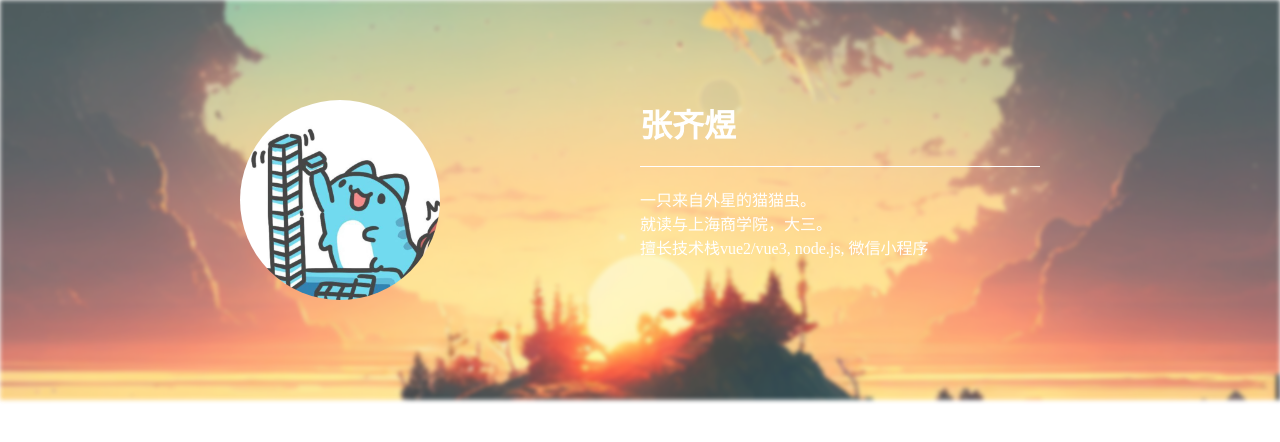
Repository: TheBiggestFatCat/myblog-frontend
Page: /
These files come from the project's save history. The page is drawn as it stood at one moment and after the next save; the edit follows.
The browser window is 1280 px wide. The pictures show the whole page.
The project was rebuilt for these pictures with package versions that can differ from the ones it lists, and the page was loaded fresh each time. Also part of the build but not shown: vite.config.ts.

Above is the page before, as saved 2023-02-26 09:27:40.

### src/style.css
* {
  margin: 0;
  padding: 0;
}

/* :root {
  font-family: Inter, system-ui, Avenir, Helvetica, Arial, sans-serif;
  line-height: 1.5;
  font-weight: 400;

  color-scheme: light dark;
  color: rgba(255, 255, 255, 0.87);
  background-color: #242424;

  font-synthesis: none;
  text-rendering: optimizeLegibility;
  -webkit-font-smoothing: antialiased;
  -moz-osx-font-smoothing: grayscale;
  -webkit-text-size-adjust: 100%;
}

a {
  font-weight: 500;
  color: #646cff;
  text-decoration: inherit;
}
a:hover {
  color: #535bf2;
}

body {
  margin: 0;
  display: flex;
  place-items: center;
  min-width: 320px;
  min-height: 100vh;
}

h1 {
  font-size: 3.2em;
  line-height: 1.1;
}

button {
  border-radius: 8px;
  border: 1px solid transparent;
  padding: 0.6em 1.2em;
  font-size: 1em;
  font-weight: 500;
  font-family: inherit;
  background-color: #1a1a1a;
  cursor: pointer;
  transition: border-color 0.25s;
}
button:hover {
  border-color: #646cff;
}
button:focus,
button:focus-visible {
  outline: 4px auto -webkit-focus-ring-color;
}

.card {
  padding: 2em;
}

#app {
  max-width: 1280px;
  margin: 0 auto;
  padding: 2rem;
  text-align: center;
}

@media (prefers-color-scheme: light) {
  :root {
    color: #213547;
    background-color: #ffffff;
  }
  a:hover {
    color: #747bff;
  }
  button {
    background-color: #f9f9f9;
  }
} */

### src/App.vue
<script setup lang="ts">
import Home from './components/Home/Home.vue';
</script>

<template>
  <Home/>
</template>

<style scoped>
</style>

### src/components/Home/Home.vue
<template>
  <div class="home">
    <div class="home-top">
      <div class="avatar">
        <img :src="avatar" alt="Image">
      </div>
      <div class="avatar-right">
        <h2>{{ name }}</h2>
        <div class="border"></div>
        <p v-for="i in introduction" :key="i">{{ i }}</p>
      </div>
    </div>
  </div>
</template>

<script lang='ts' setup>
import { ref } from 'vue'

const avatar = ref('src/assets/pics/avatar.jpg')
const name = '张齐煜'
const introduction = [
  '一只来自外星的猫猫虫。',
  '就读与上海商学院，大三。',
  '擅长技术栈vue2/vue3, node.js, 微信小程序'
]

</script>

<style lang="less" scoped>
.home-top {
  width: 100vwpx;
  height: 400px;
  align-items: center;
  display: flex;
  flex-flow: row nowrap;
  justify-content: center;
  .avatar {
    width: 300px;
    height: 200px;
    padding-right: 100px;
    img {
      width: 200px;
      height: 200px;
      border-radius: 50%;
    }
  }
  .avatar-right {
    width: 400px;
    height: 200px;
    color: #fff;
    h2 {
      font-size: 32px;
    }
    .border {
      margin: 20px 0 20px 0;
      width: 100%;
      border-top: 1px solid #fff;
    }
  }
}

.home-top::before {
  content: "";
  position: absolute;
  top: 0;
  left: 0;
  width: 100vw;
  height: 400px;
  // width: 100%;
  // height: 100%;
  background-image: url(@/assets/pics/home1.jpg);
  background-position: 0 -200px;
  background-size: cover;
  filter: blur(2px); /* 设置模糊半径 */
  opacity: 0.85; /* 设置不透明度 */
  z-index: -1; /* 将遮罩层放在最底层 */
}
</style>

Loaded but not shown: index.html (common file); src/main.ts (common file)

After the next save:
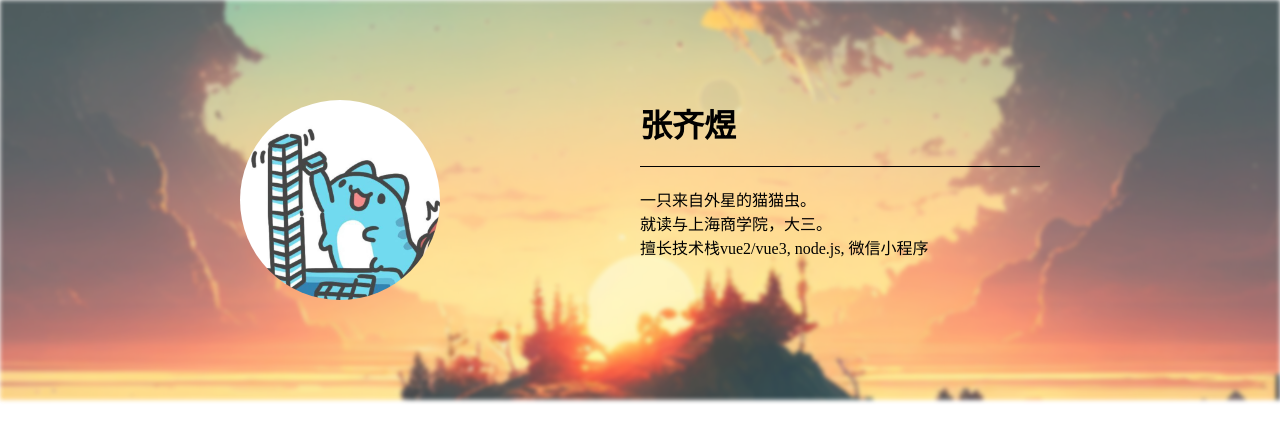
Saved 17 s later.
--- a/src/components/Home/Home.vue
+++ b/src/components/Home/Home.vue
@@ -47,14 +47,14 @@ const introduction = [
   .avatar-right {
     width: 400px;
     height: 200px;
-    color: #fff;
+    color: #000;
     h2 {
       font-size: 32px;
     }
     .border {
       margin: 20px 0 20px 0;
       width: 100%;
-      border-top: 1px solid #fff;
+      border-top: 1px solid #000;
     }
   }
 }
